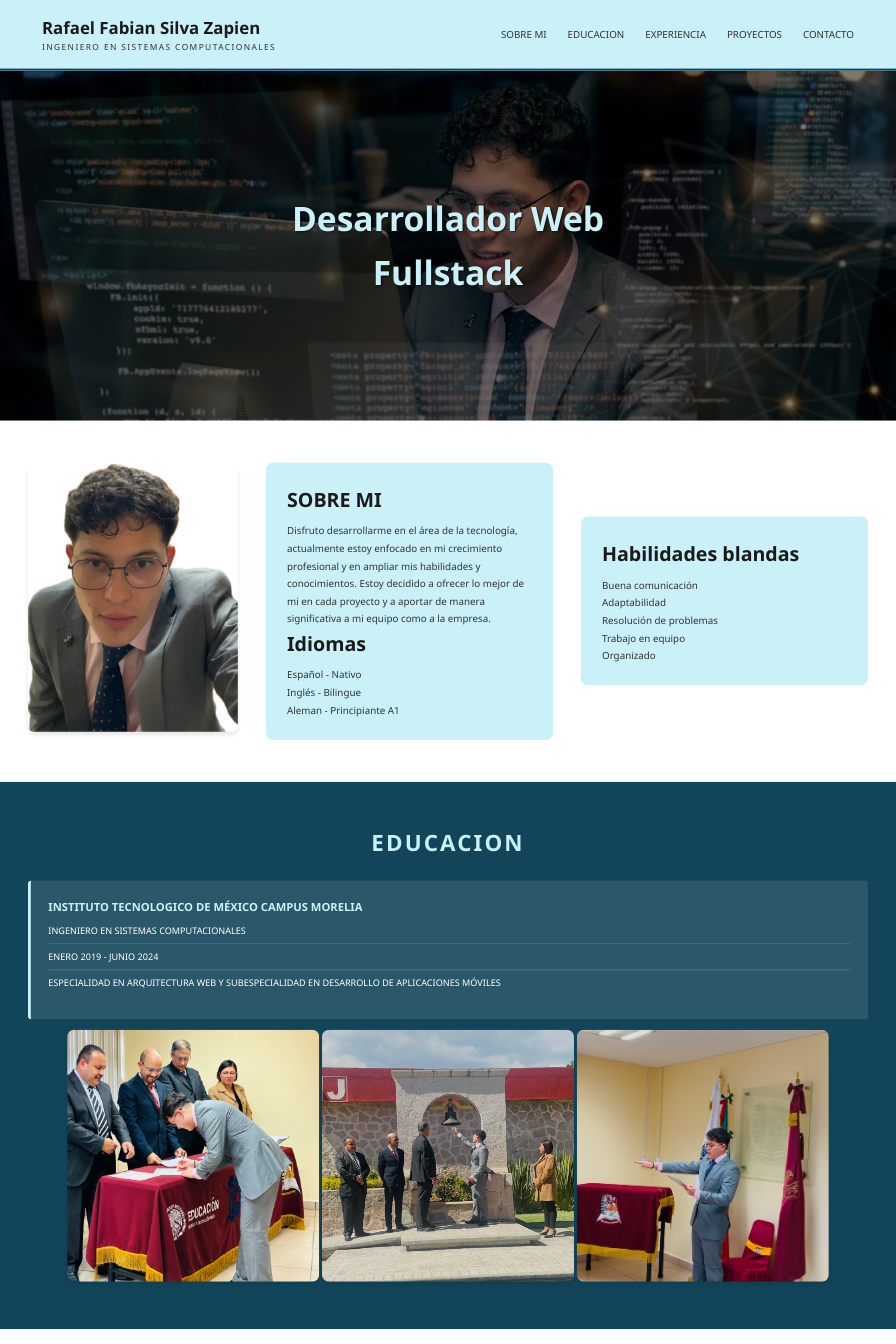
Repository: rafaelsilva2k/mi-portafolio
Page: index.html
An editor plug-in stored every save of this project. The page is shown before and after the next save, followed by the edit.
The browser window is 1280 px wide. The pictures show the part of the page from y = 0 to 1920 px (the page is 3319 px tall), at 70% of full size.

Above is the page before, as saved 2026-04-17 12:58:53.

### index.html
<!DOCTYPE html>
<html lang="en">
<head>
    <meta charset="UTF-8">
    <meta name="viewport" content="width=device-width, initial-scale=1.0">
    <title>Rafael Fabian Silva Zapien</title>
    <link rel="stylesheet" href="styles.css">
</head>
<body>
    <!-- HEADER: Nombre, Profesión y Menú de Navegación -->
    <header class="header">
        <div class="header-content">
            <div class="logo-section">
                <h1>Rafael Fabian Silva Zapien</h1>
                <p class="profession">INGENIERO EN SISTEMAS COMPUTACIONALES</p>
            </div>

            <nav class="navbar">
                <ul>
                    <li><a href="#sobre-mi">SOBRE MI</a></li>
                    <li><a href="#educacion">EDUCACION</a></li>
                    <li><a href="#experiencia">EXPERIENCIA</a></li>
                    <li><a href="#proyectos">PROYECTOS</a></li>
                    <li><a href="#contacto">CONTACTO</a></li>
                </ul>
            </nav>
        </div>
    </header>

    <!-- HERO SECTION: Imagen grande con texto "Desarrollador Web Fullstack" -->
     <section class="hero">
        <div class="hero-content">
            <h2>Desarrollador Web<br>Fullstack</h2>
        </div>
     </section>

     <!-- SECCIÓN SOBRE MÍ: Foto + Descripción -->
      <section id="sobre-mi" class="sobre-mi">
        <div class="sobre-mi-container">
            <div class="sobre-mi-foto">
                <img src="images/me.png" alt="Rafael Silva">
            </div>
            <div class="sobre-mi-texto">
                <h2>SOBRE MI</h2>
                <p>Disfruto desarrollarme en el área de la tecnología, actualmente estoy enfocado en mi crecimiento profesional y en ampliar mis habilidades y conocimientos. Estoy decidido a ofrecer lo mejor de mi en cada proyecto y a aportar de manera significativa a mi equipo como a la empresa.</p>
                <h2>Idiomas</h2>
                <p>Español - Nativo <br> Inglés - Bilingue <br> Aleman - Principiante A1</p>
            </div>
            <div class="sobre-mi-texto">
                <h2>Habilidades blandas</h2>
                <p>Buena comunicación <br> Adaptabilidad <br> Resolución de problemas <br> Trabajo en equipo  <br> Organizado</p>
            </div>
        </div>
      </section>

      <!--Seccion de Educacion-->
      <section id="educacion" class="educacion">
        <h2>EDUCACION</h2>
        <div class="educacion-content">
            <div class="educacion-item">
                <h4>INSTITUTO TECNOLOGICO DE MÉXICO CAMPUS MORELIA</h4>
                <p>INGENIERO EN SISTEMAS COMPUTACIONALES</p>
                <p>ENERO 2019 - JUNIO 2024</p>
                <p>ESPECIALIDAD EN ARQUITECTURA WEB Y SUBESPECIALIDAD EN DESARROLLO DE APLICACIONES MÓVILES</p>
            </div>
            <div class="education-item">
                <div class="education-photos">
                    <img src="images/FirmaTitulacion.jpeg">
                    <img src="images/campanaTitulacion.jpeg">
                    <img src="images/titulacion.jpeg">
                </div>
            </div>
        </div>
      </section>

      <section id="experiencia" class="experiencia">
        <h2>EXPERIENCIA PROFESIONAL</h2>
            <div class="experiencia-content">
                <div class="experiencia-item">
                    <h3>HARMAN a Samsung Company</h3>
                    <p>Residencias Profesionales HARMAN, Samsung Company Enero - Junio 2024 </p><br>
                    <h5>PROYECTO DE SALIDAS MISCELÁNEAS</h5>
                    <p></p>Se trabajo en el desarrolló de una página web que permitió a la empresa
                    controlar y gestionar los productos salientes. Además, se coordinó el flujo de
                    aprobación entre diversas áreas como comercio exterior, logística y seguridad. <br> <br>
                    <h5>PROYECTO COSTO DE BIENES VENDIDOS (COGS)</h5>
                    Se trabajo en la automatización el cálculo de COGS e implementó un módulo
                    que agiliza la obtención de datos para el reporte de COGS, logrando un análisis
                    más detallado y una representación gráfica eficaz de la información.</p>
                </div>
                <div class="experiencia-item">
                    <h3>FIRA - Fideicomisos Instituidos en Relación con la Agricultura</h3>
                    <p>Desarrollador Fullstack en FIRA, Morelia Julio 2024 - Actualidad <br> <br>
                    • Migración, mejora y mantenimiento de múltiples aplicaciones institucionales,
                    entre ellas: Mesa de Servicios, Reservación de Salas, Seguimientos SIPOT,
                    Solicitudes INAI, Ingresos Retenciones, SIPOT, entre otras.
                    Aplicaciones desarrolladas en CodeIgniter (PHP), JavaScript, HTML y CSS,
                    en las cuales realicé correcciones críticas, optimizaciones de rendimiento y
                    mejoras funcionales.
                    Implementación de consumo de APIs internas de FIRA (Capital Humano)
                    cuando fue requerido.
                    Sustitución de vistas de Capital Humano en base de datos por procesos
                    internos más eficientes.
                    Todas las aplicaciones intervenidas fueron migradas a SQL Server 2019. <br>
                    • Desarrollo de un módulo completo dentro de la aplicación Reservación de
                    Salas para la gestión y reservación de cargadores eléctricos para vehículos del
                    personal interno.<br>
                    • Colaboración en la aplicación Siniestralidad, desarrollada originalmente en
                    ASP, la cual fue migrada a SQL Server 2019 y sometida a una limpieza y
                    depuración general. Posteriormente se detectaron fallas en el funcionamiento y
                    realicé los ajustes necesarios para su correcta operación.<br>
                    • Participación en la migración de la aplicación Firma Electrónica, actualizando
                    la plataforma de Java 1.4 a Java 17, así como la migración de Tomcat y todos
                    los cambios estructurales requeridos para garantizar compatibilidad y
                    estabilidad.<br>
                    • Elaboración de documentación técnica detallada para todos los proyectos,
                    facilitando futuras tareas de mantenimiento, soporte y transferencia de
                    conocimiento dentro del equipo. Apoyo adicional en la preparación de
                    documentación para describir cambio</p>
                </div>
            </div>
      </section>

      <!--Seccion de proyectos-->
      <section id="proyectos" class="proyectos">
        <h2>PROYECTOS</h2>
        <div class="proyectos-content">
            <div class="proyectos-item">
                <h4>Primer proyecto</h4>
                <img src="" alt="Proyecto-1-name">
            </div>
            <div class="proyectos-item">
                <h4> Segundo proyecto</h4>
                <img src="" alt="Proyecto-2-name">
            </div>
            <div class="proyectos-item">
                <h4>Tercer proyecto</h4>
                <img src="" alt="proyecto-3-name">
            </div>
        </div>
      </section>

      <section id="contacto" class="contacto">
        <h2>Contacto</h2>
        <div class="contacto-content">
            <p>Email: rafaelsilva2k256@gmail.com</p>
            <p>LinkedIn: <a href="www.linkedin.com/in/rafael-fabian-silva-zapien-a124ba247">Perfil de Linkedin</a></p>
            <p>GitHub: <a href="#">Tu GitHub</a></p>
        </div>
      </section>

      <!--footer-->
      <footer class="footer">
        <p>&copy; 2024 Rafael Fabian Silva Zapien. Todos los derechos reservados.</p>
      </footer>

      <script src="script.js"></script>
</body>
</html>

### styles.css
/* ============================================
   RESET Y VARIABLES GLOBALES
   ============================================ */

* {
    margin: 0;
    padding: 0;
    box-sizing: border-box;
}

:root {
    --color-primary: #caf0f8;      /* Amarillo */
    --color-secondary: #124559;    /* Dorado/Marrón */
    --color-dark: #1a1a1a;         /* Negro */
    --color-text: #333333;         /* Texto gris oscuro */
    --color-white: #ffffff;        /* Blanco */
}

body {
    font-family: 'Segoe UI', Tahoma, Geneva, Verdana, sans-serif;
    color: var(--color-text);
    line-height: 1.6;
}

/* ============================================
   HEADER - Menú y nombre
   ============================================ */

.header {
    background-color: var(--color-primary);
    padding: 20px 0;
    border-bottom: 3px solid var(--color-secondary);
    position: sticky;
    top: 0;
    z-index: 100;
}

.header-content {
    max-width: 1200px;
    margin: 0 auto;
    padding: 0 20px;

    /* FLEXBOX: Alinea nombre a la izquierda y menú a la derecha */
    display: flex;
    justify-content: space-between;
    align-items: center;
}

.logo-section h1 {
    font-size: 24px;
    font-weight: bold;
    color: var(--color-dark);
}

.profession {
    font-size: 12px;
    color: var(--color-text);
    letter-spacing: 2px;
}

/* NAVEGACIÓN - Menú horizontal */
.navbar ul {
    list-style: none;

    /* FLEXBOX: Alinea los items del menú horizontalmente */
    display: flex;
    gap: 30px;
}

.navbar a {
    text-decoration: none;
    color: var(--color-text);
    font-size: 14px;
    font-weight: 500;
    transition: color 0.3s ease;
}

.navbar a:hover {
    color: var(--color-secondary);
}

/* ============================================
   HERO SECTION - Imagen grande
   ============================================ */

.hero {
    background: linear-gradient(rgba(0, 0, 0, 0.5), rgba(0, 0, 0, 0.5)),
                url('images/iaGeneratedMe.jpeg');
    background-size: cover;
    background-position: center;
    height: 500px;

    /* FLEXBOX: Centra el texto en el hero */
    display: flex;
    align-items: center;
    justify-content: center;
    text-align: center;
}

.hero-content h2 {
    font-size: 48px;
    color: var(--color-primary);
    font-weight: bold;
    text-shadow: 2px 2px 4px rgba(0, 0, 0, 0.7);
}

/* ============================================
   SECCIÓN SOBRE MÍ
   ============================================ */

.sobre-mi {
    padding: 60px 20px;
    background-color: var(--color-white);
}

.sobre-mi-container {
    max-width: 1200px;
    margin: 0 auto;

    /* FLEXBOX: Alinea foto a la izquierda y texto a la derecha */
    display: flex;
    gap: 40px;
    align-items: center;
}

.sobre-mi-foto {
    flex: 0 0 300px;  /* Ancho fijo de 300px */
}

.sobre-mi-foto img {
    width: 100%;
    border-radius: 10px;
    box-shadow: 0 4px 6px rgba(0, 0, 0, 0.1);
}

.sobre-mi-texto {
    flex: 1;  /* Ocupa el espacio restante */
    background-color: var(--color-primary);
    padding: 30px;
    border-radius: 10px;
}

.sobre-mi-texto h2 {
    font-size: 28px;
    margin-bottom: 10px;
    color: var(--color-dark);
}

.sobre-mi-texto h3 {
    font-size: 14px;
    letter-spacing: 2px;
    margin-bottom: 20px;
    color: var(--color-secondary);
}

.sobre-mi-texto p {
    font-size: 14px;
    line-height: 1.8;
    color: var(--color-text);
}

/* ============================================
   SECCIÓN EDUCACIÓN
   ============================================ */

.educacion {
    padding: 60px 20px;
    background-color: var(--color-secondary);
    color: var(--color-white);
}

.educacion h2 {
    font-size: 32px;
    margin-bottom: 30px;
    text-align: center;
    color: var(--color-primary);
    letter-spacing: 3px;
}

.educacion-content {
    max-width: 1200px;
    margin: 0 auto;
}

.educacion-item {
    background-color: rgba(255, 255, 255, 0.1);
    padding: 25px;
    margin-bottom: 15px;
    border-left: 4px solid var(--color-primary);
    border-radius: 5px;
}

.educacion-item h4 {
    font-size: 16px;
    margin-bottom: 10px;
    color: var(--color-primary);
}

.educacion-item p {
    font-size: 13px;
    margin-bottom: 8px;
    padding-bottom: 8px;
    border-bottom: 1px solid rgba(255, 255, 255, 0.2);
}

.educacion-item p:last-child {
    border-bottom: none;
}

.education-photos {
    flex: 0 0 300px;  /* Ancho fijo de 300px */
    text-align: center;
}

.education-photos img {
    width: 30%;
    border-radius: 10px;
    box-shadow: 0 4px 6px rgba(0, 0, 0, 0.1);
}

/* ============================================
   SECCIÓN EXPERIENCIA
   ============================================ */

.experiencia {
    padding: 60px 20px;
    background-color: var(--color-white);
}

.experiencia h2 {
    font-size: 32px;
    margin-bottom: 30px;
    text-align: center;
    color: var(--color-secondary);
    letter-spacing: 3px;
}

.experiencia-content {
    max-width: 1200px;
    margin: 0 auto;

    /* FLEXBOX: Coloca los items uno al lado del otro */
    display: flex;
    gap: 30px;
}

.experiencia-item {
    flex: 1;
    background-color: var(--color-primary);
    padding: 25px;
    border-radius: 8px;
    border-left: 4px solid var(--color-secondary);
}

.experiencia-item h4 {
    font-size: 16px;
    margin-bottom: 10px;
    color: var(--color-dark);
}

.experiencia-item p {
    font-size: 13px;
    color: var(--color-text);
}

/* ============================================
   SECCIÓN PROYECTOS
   ============================================ */

.proyectos {
    padding: 60px 20px;
    background-color: var(--color-primary);
}

.proyectos h2 {
    font-size: 32px;
    margin-bottom: 30px;
    text-align: center;
    color: var(--color-secondary);
    letter-spacing: 3px;
}

.proyectos-content {
    max-width: 1200px;
    margin: 0 auto;

    /* FLEXBOX: Coloca las tarjetas en 3 columnas */
    display: flex;
    gap: 25px;
    justify-content: space-between;
}

.proyectos-item {
    flex: 1;
    background-color: var(--color-white);
    padding: 20px;
    border-radius: 8px;
    box-shadow: 0 2px 8px rgba(0, 0, 0, 0.1);
    transition: transform 0.3s ease;
}

.proyectos-item:hover {
    transform: translateY(-5px);
}

.proyectos-item h4 {
    font-size: 16px;
    margin-bottom: 15px;
    color: var(--color-dark);
}

.proyectos-item img {
    width: 100%;
    height: 200px;
    object-fit: cover;
    border-radius: 5px;
    background-color: var(--color-secondary);
}

/* ============================================
   SECCIÓN CONTACTO
   ============================================ */

.contacto {
    padding: 60px 20px;
    background-color: var(--color-secondary);
    color: var(--color-white);
    text-align: center;
}

.contacto h2 {
    font-size: 32px;
    margin-bottom: 30px;
    color: var(--color-primary);
    letter-spacing: 3px;
}

.contacto-content {
    max-width: 600px;
    margin: 0 auto;
    font-size: 14px;
    line-height: 2;
}

.contacto-content a {
    color: var(--color-primary);
    text-decoration: none;
    font-weight: bold;
}

.contacto-content a:hover {
    text-decoration: underline;
}

/* ============================================
   FOOTER
   ============================================ */

.footer {
    background-color: var(--color-dark);
    color: var(--color-white);
    text-align: center;
    padding: 20px;
    font-size: 12px;
}

/* ============================================
   RESPONSIVE - Para dispositivos móviles
   ============================================ */

@media (max-width: 768px) {
    .header-content {
        flex-direction: column;
        gap: 20px;
    }

    .navbar ul {
        gap: 15px;
        font-size: 12px;
    }

    .sobre-mi-container {
        flex-direction: column;
    }

    .sobre-mi-foto {
        flex: 0 0 200px;
    }

    .experiencia-content {
        flex-direction: column;
    }

    .proyectos-content {
        flex-direction: column;
    }

    .hero-content h2 {
        font-size: 32px;
    }
}

Loaded but not shown: script.js (no copy from this time; the picture is the same without it)

After the next save:
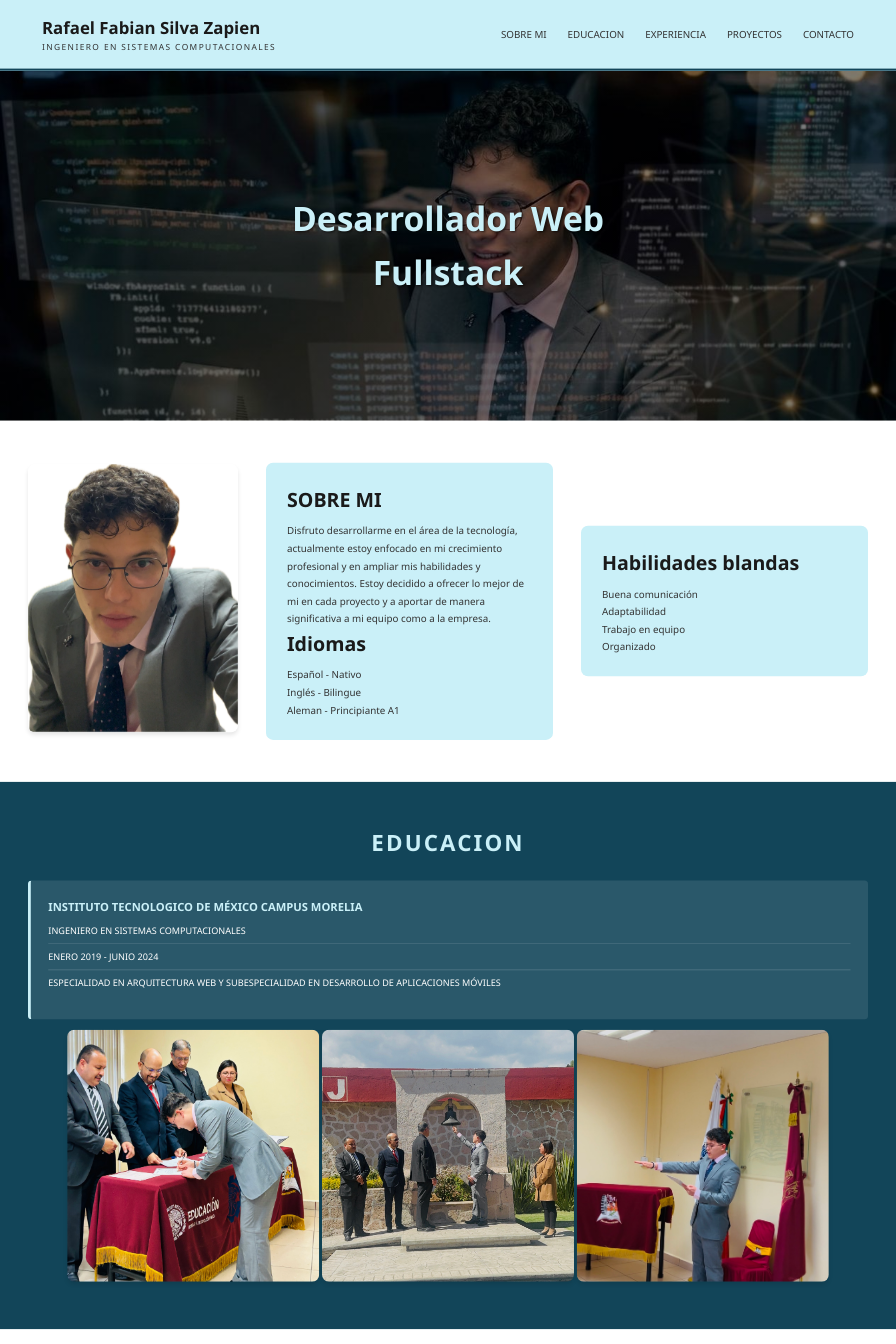
Saved 19 s later.
--- a/index.html
+++ b/index.html
@@ -48,7 +48,7 @@
             </div>
             <div class="sobre-mi-texto">
                 <h2>Habilidades blandas</h2>
-                <p>Buena comunicación <br> Adaptabilidad <br> Resolución de problemas <br> Trabajo en equipo  <br> Organizado</p>
+                <p>Buena comunicación <br> Adaptabilidad <br>  Trabajo en equipo  <br> Organizado</p>
             </div>
         </div>
       </section>
